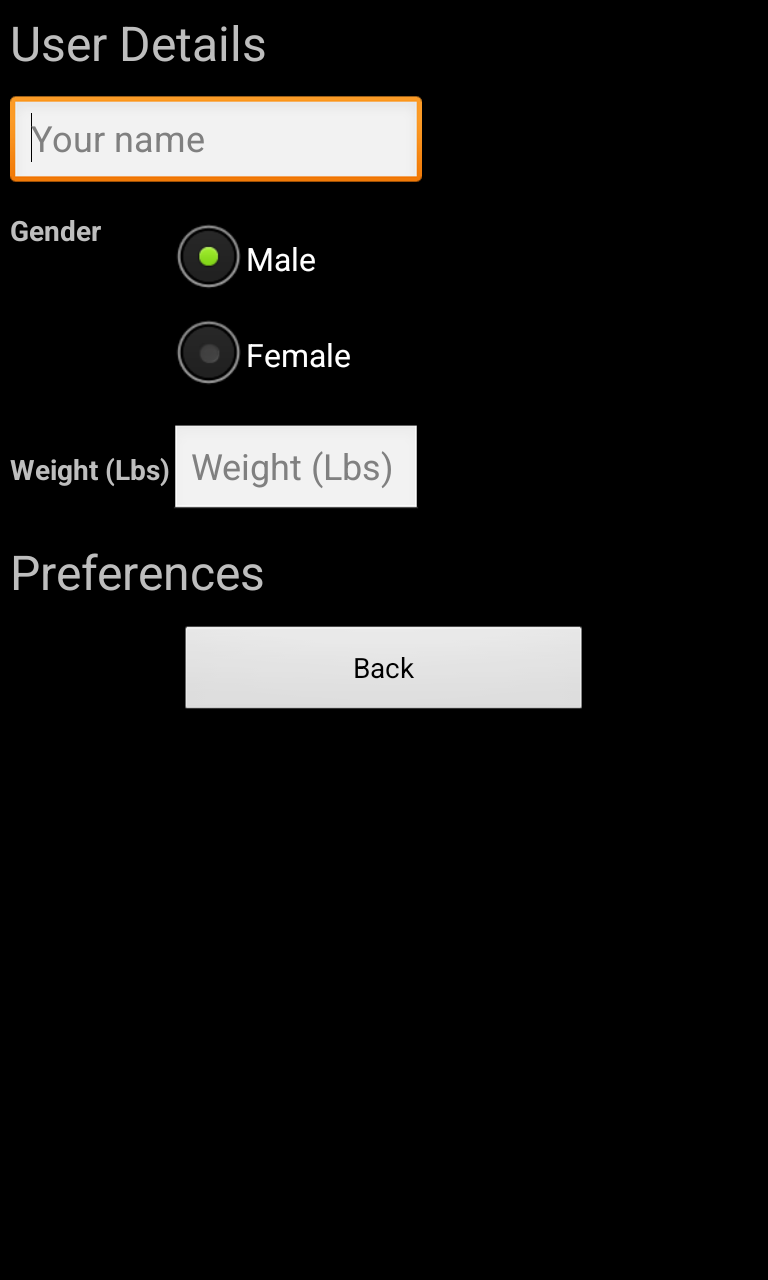
Repository: dillonyoung/CPD4493
Layout: TraCare/res/layout/report.xml
These files come from the project's save history. The layout is drawn as it stood at one moment and after the next save; the edit follows.
It is drawn on a 768 x 1280 px phone screen (xhdpi) without system bars, with theme android:Theme.Black; the app's code is not run.

Above is the layout before, as saved 2013-04-10 21:12:06.

After the next save:
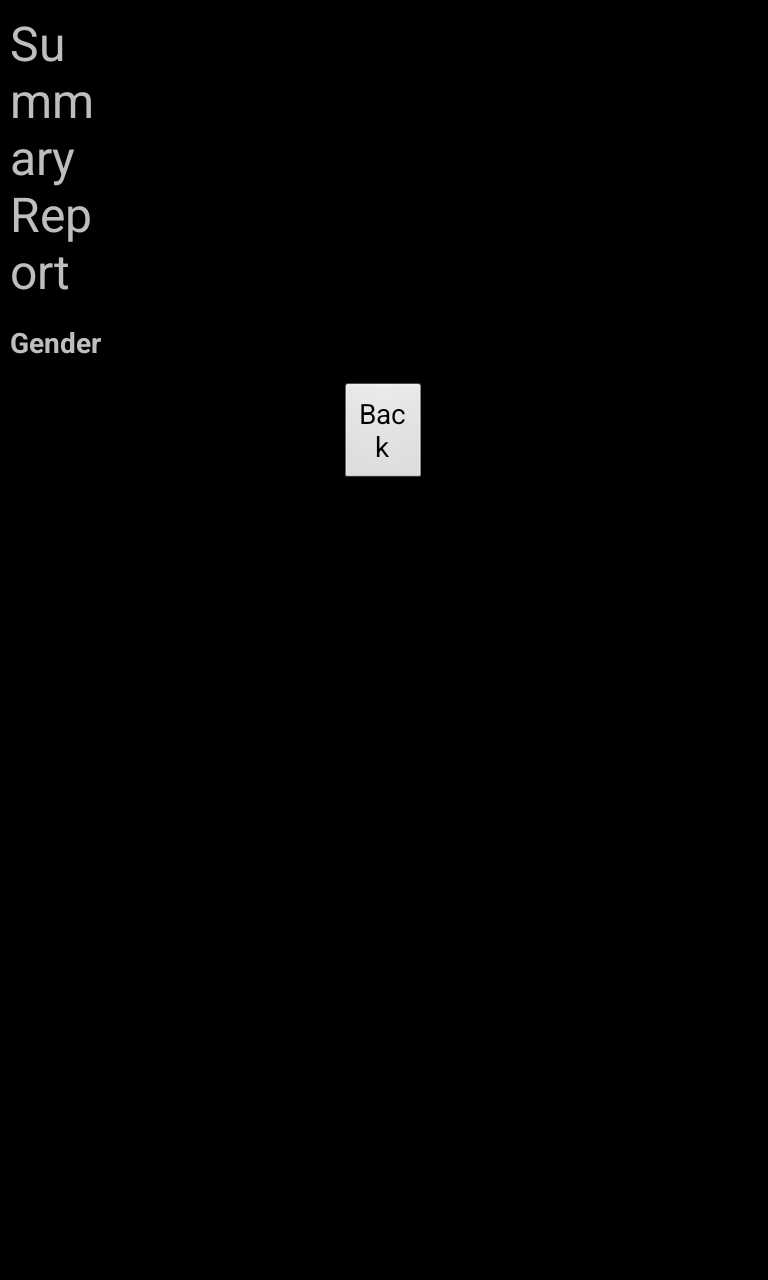
Saved 2 min 8 s later.
--- a/TraCare/res/layout/report.xml
+++ b/TraCare/res/layout/report.xml
@@ -19,28 +19,10 @@
                 android:layout_width="wrap_content"
                 android:layout_height="wrap_content"
                 android:layout_span="2"
-                android:text="@string/user_details"
+                android:text="@string/summary"
                 android:textSize="24sp" />
         </TableRow>
 
-        <TableRow
-            android:id="@+id/tableRow2"
-            android:layout_width="wrap_content"
-            android:layout_height="wrap_content"
-            android:padding="5dip" >
-
-            <EditText
-                android:id="@+id/txtUserName"
-                android:layout_width="wrap_content"
-                android:layout_height="wrap_content"
-                android:layout_span="2"
-                android:ems="20"
-                android:hint="@string/yourname"
-                android:inputType="textPersonName" >
-
-                <requestFocus />
-            </EditText>
-        </TableRow>
 
         <TableRow
             android:id="@+id/tableRow3"
@@ -55,62 +37,14 @@
                 android:text="@string/gender"
                 android:textStyle="bold" />
 
-            <RadioGroup
-                android:id="@+id/rdgrpGender"
+            <TextView
+                android:id="@+id/txtReportStartDate"
                 android:layout_width="wrap_content"
-                android:layout_height="wrap_content" >
-
-                <RadioButton
-                    android:id="@+id/radMale"
-                    android:layout_width="wrap_content"
-                    android:layout_height="wrap_content"
-                    android:checked="true"
-                    android:text="@string/male" />
-
-                <RadioButton
-                    android:id="@+id/radFemale"
-                    android:layout_width="wrap_content"
-                    android:layout_height="wrap_content"
-                    android:text="@string/female" />
-            </RadioGroup>
+                android:layout_height="wrap_content"
+                android:text="@string/blank"
+                android:textStyle="bold" />
         </TableRow>
 
-        <TableRow
-            android:id="@+id/tableRow4"
-            android:layout_width="wrap_content"
-            android:layout_height="wrap_content"
-            android:padding="5dip" >
-
-            <TextView
-                android:id="@+id/textView3"
-                android:layout_width="wrap_content"
-                android:layout_height="wrap_content"
-                android:text="@string/weight"
-                android:textStyle="bold" />
-
-            <EditText
-                android:id="@+id/txtUserWeight"
-                android:layout_width="wrap_content"
-                android:layout_height="wrap_content"
-                android:ems="6"
-                android:hint="@string/weight"
-                android:inputType="numberDecimal" />
-        </TableRow>
-
-        <TableRow
-            android:id="@+id/tableRow5"
-            android:layout_width="wrap_content"
-            android:layout_height="wrap_content"
-            android:padding="5dip" >
-
-            <TextView
-                android:id="@+id/textView4"
-                android:layout_width="wrap_content"
-                android:layout_height="wrap_content"
-                android:layout_span="2"
-                android:text="@string/preferences"
-                android:textSize="24sp" />
-        </TableRow>
 
 
         <TableRow
